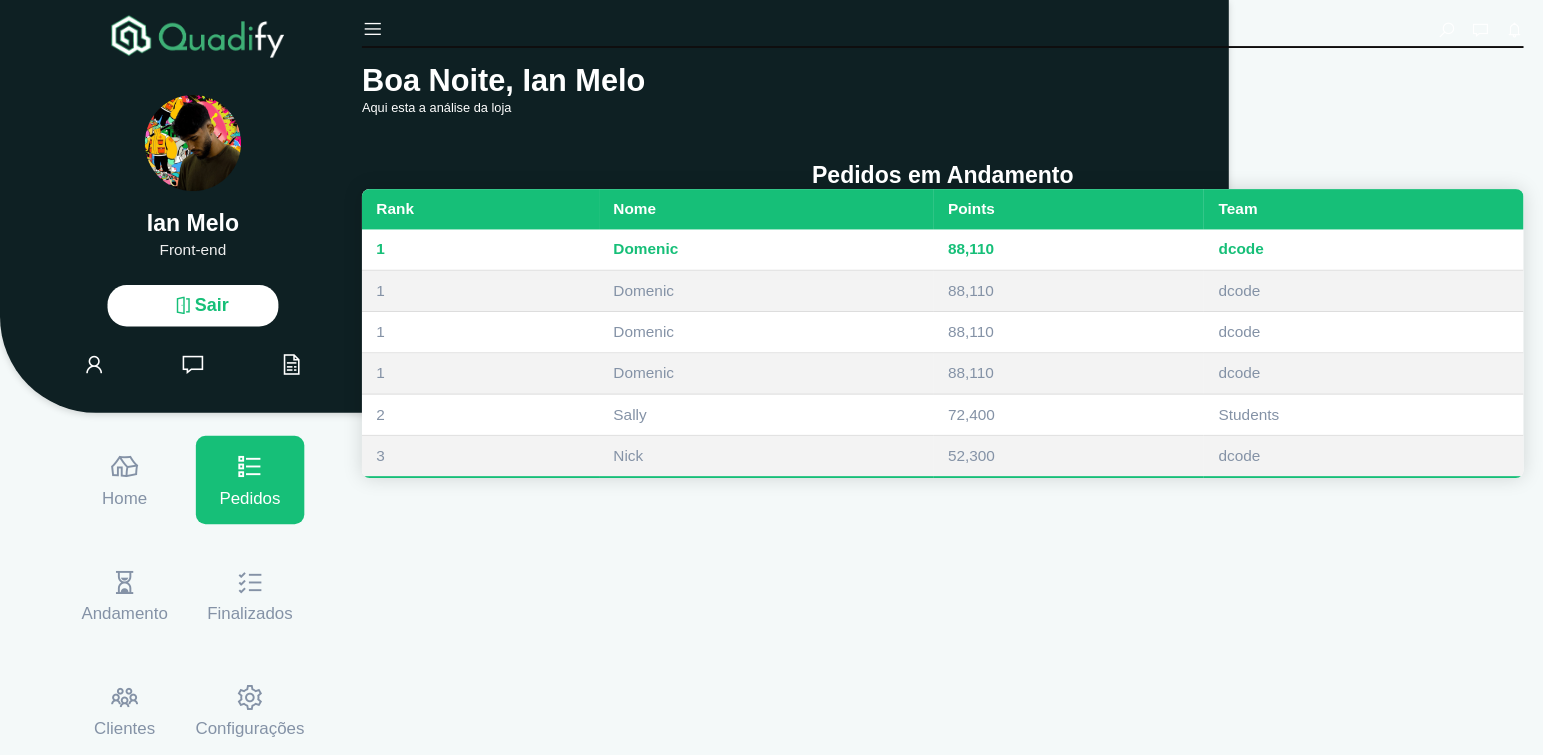
Repository: ichumbo/StarkDashboard
Page: pedidos_andamento.html
An editor plug-in stored every save of this project. The page is shown before and after the next save, followed by the edit.
The browser window is 1280 px wide. The page is 1607 px wide, so the pictures cover 1607 px, including what lies to the right of the window. The pictures show the whole page, at 96% of full size.

Above is the page before, as saved 2023-06-14 16:25:00.

After the next save:
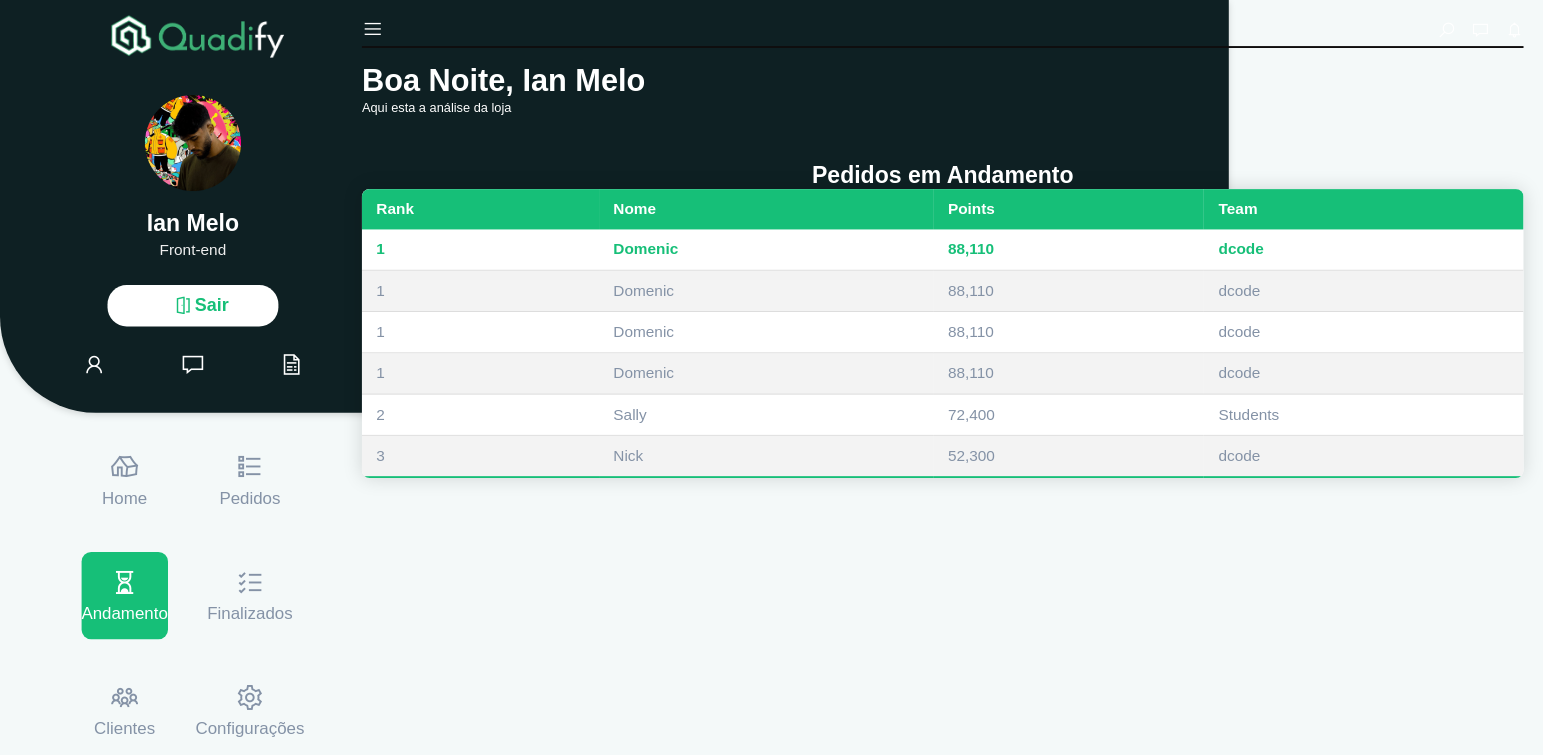
Saved 31 s later.
--- a/pedidos_andamento.html
+++ b/pedidos_andamento.html
@@ -55,14 +55,14 @@
                 </div>
 
                 <div class="menu-item">
-                    <a href="" class="active">
+                    <a href="pedidos.html">
                         <span class="las la-list"></span>
                         <span>Pedidos</span>
                     </a>
                 </div>
 
                 <div class="menu-item">
-                    <a href="">
+                    <a href="pedidos_andamento.html" class="active">
                         <span class="las la-hourglass-half"></span>
                         <span>Andamento</span>
                     </a>
